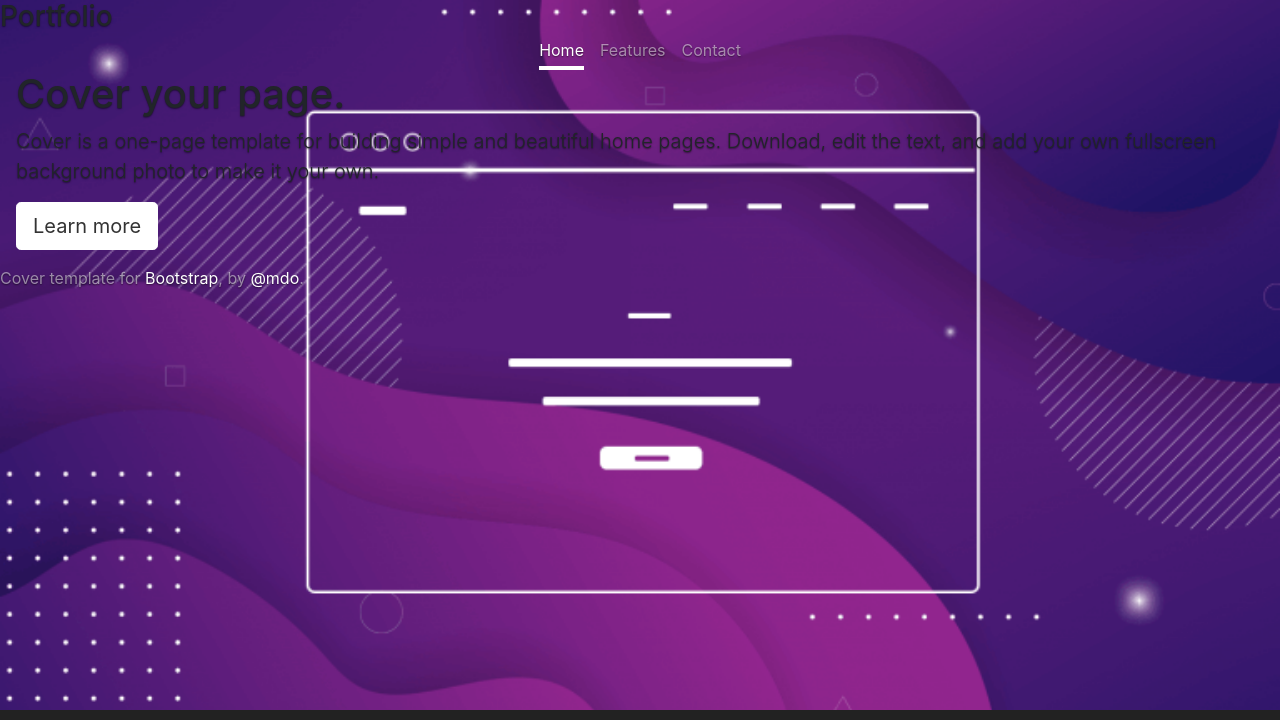
Repository: Shlahla48/zaio-bootstrap-portfolio
Page: index.html
These files come from the project's save history. The page is drawn as it stood at one moment and after the next save; the edit follows.
The browser window is 1280 px wide. The pictures show the whole page.

Above is the page before, as saved 2022-10-10 14:23:33.

### index.html
<!doctype html>
<html lang="en" class="h-100">
  <head>
    <meta charset="utf-8">
    <meta name="viewport" content="width=device-width, initial-scale=1">
    <meta name="description" content="">
    <meta name="author" content="Mark Otto, Jacob Thornton, and Bootstrap contributors">
    <meta name="generator" content="Hugo 0.104.2">
    <title>Portfolio | Kenalemang Solomon Hlahla</title>

    <link rel="canonical" href="https://getbootstrap.com/docs/5.2/examples/cover/">





    <link rel="stylesheet" href="https://cdn.jsdelivr.net/npm/bootstrap@4.6.2/dist/css/bootstrap.min.css" integrity="sha384-xOolHFLEh07PJGoPkLv1IbcEPTNtaed2xpHsD9ESMhqIYd0nLMwNLD69Npy4HI+N" crossorigin="anonymous">
    <style>
      .bd-placeholder-img {
        font-size: 1.125rem;
        text-anchor: middle;
        -webkit-user-select: none;
        -moz-user-select: none;
        user-select: none;
      }

      @media (min-width: 768px) {
        .bd-placeholder-img-lg {
          font-size: 3.5rem;
        }
      }

      .b-example-divider {
        height: 3rem;
        background-color: rgba(0, 0, 0, .1);
        border: solid rgba(0, 0, 0, .15);
        border-width: 1px 0;
        box-shadow: inset 0 .5em 1.5em rgba(0, 0, 0, .1), inset 0 .125em .5em rgba(0, 0, 0, .15);
      }

      .b-example-vr {
        flex-shrink: 0;
        width: 1.5rem;
        height: 100vh;
      }

      .bi {
        vertical-align: -.125em;
        fill: currentColor;
      }

      .nav-scroller {
        position: relative;
        z-index: 2;
        height: 2.75rem;
        overflow-y: hidden;
      }

      .nav-scroller .nav {
        display: flex;
        flex-wrap: nowrap;
        padding-bottom: 1rem;
        margin-top: -1px;
        overflow-x: auto;
        text-align: center;
        white-space: nowrap;
        -webkit-overflow-scrolling: touch;
      }
    </style>


    <!-- Custom styles for this template -->
    <link href="cover.css" rel="stylesheet">
  </head>
  <body class="">

<div class="banner-wrap vh-100">
  <header class="mb-auto">
    <div>
      <h3 class="float-md-start mb-0">Portfolio</h3>
      <nav class="nav nav-masthead justify-content-center float-md-end">
        <a class="nav-link fw-bold py-1 px-0 active" aria-current="page" href="#">Home</a>
        <a class="nav-link fw-bold py-1 px-0" href="#">Features</a>
        <a class="nav-link fw-bold py-1 px-0" href="#">Contact</a>
      </nav>
    </div>
  </header>

  <main class="px-3">
    <h1>Cover your page.</h1>
    <p class="lead">Cover is a one-page template for building simple and beautiful home pages. Download, edit the text, and add your own fullscreen background photo to make it your own.</p>
    <p class="lead">
      <a href="#" class="btn btn-lg btn-secondary fw-bold border-white bg-white">Learn more</a>
    </p>
  </main>

  <footer class="mt-auto text-white-50">
    <p>Cover template for <a href="https://getbootstrap.com/" class="text-white">Bootstrap</a>, by <a href="https://twitter.com/mdo" class="text-white">@mdo</a>.</p>
  </footer>
</div>



  </body>
</html>

### cover.css
/*
 * Globals
 */


/* Custom default button */
.btn-secondary,
.btn-secondary:hover,
.btn-secondary:focus {
  color: #333;
  text-shadow: none; /* Prevent inheritance from `body` */
}


/*
 * Base structure
 */

body {
  text-shadow: 0 .05rem .1rem rgba(0, 0, 0, .5);
  box-shadow: inset 0 0 5rem rgba(0, 0, 0, .5);
}



.cover-container {
  max-width: 42em;
}


/*
 * Header
 */

 .banner-wrap {
  background-image: url(./assets/BG-png.png);
  background-size: cover;
  background-repeat: no-repeat;
  background-position: center;

  border-bottom: 10px solid #222222;
  position: relative;
z-index: 1;
}
.overlay {
 z-index: -1;
  height: 100%;
  width: 100%;
  background: black;
  opacity: 60%;
  position: absolute;
  top: 0;
}

.nav-masthead .nav-link {
  color: rgba(255, 255, 255, .5);
  border-bottom: .25rem solid transparent;
}

.nav-masthead .nav-link:hover,
.nav-masthead .nav-link:focus {
  border-bottom-color: rgba(255, 255, 255, .25);
}

.nav-masthead .nav-link + .nav-link {
  margin-left: 1rem;
}

.nav-masthead .active {
  color: #fff;
  border-bottom-color: #fff;
}

After the next save:
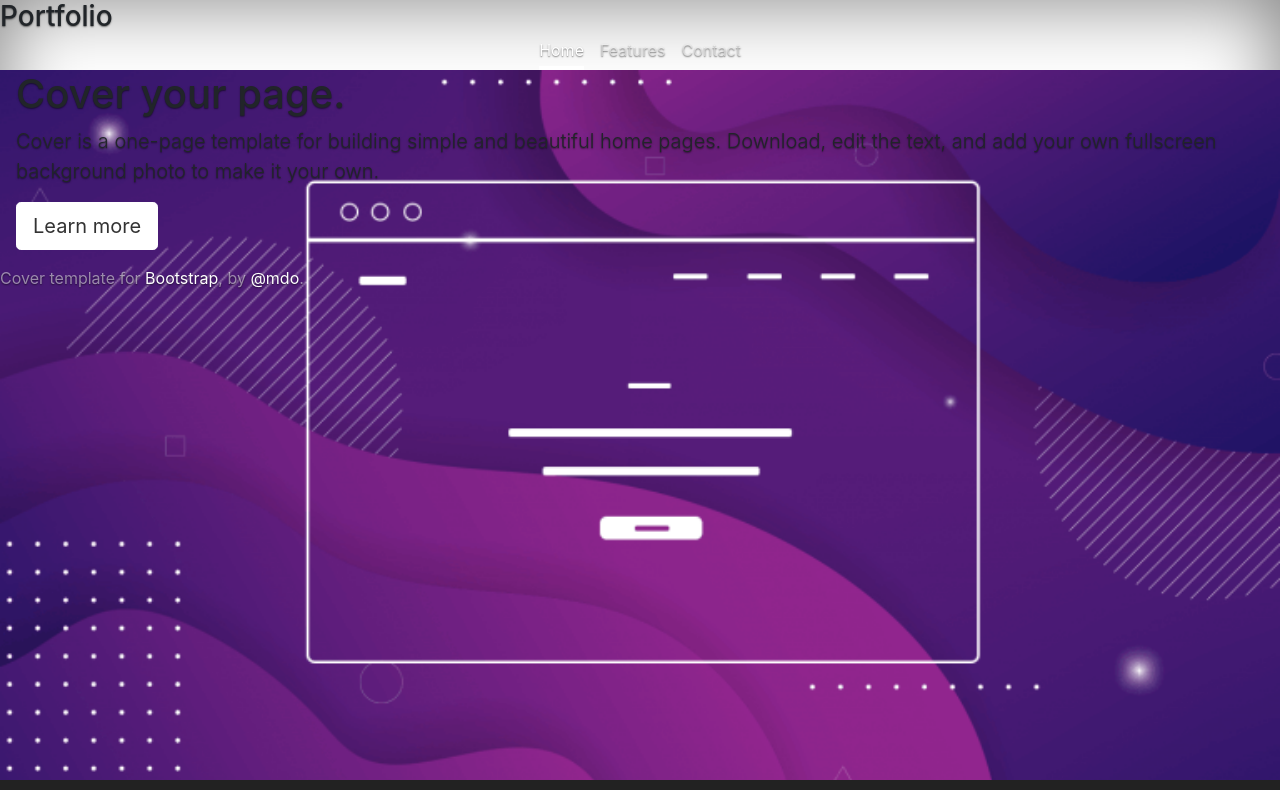
Saved 66 s later.
--- a/index.html
+++ b/index.html
@@ -74,7 +74,7 @@
   </head>
   <body class="">
 
-<div class="banner-wrap vh-100">
+
   <header class="mb-auto">
     <div>
       <h3 class="float-md-start mb-0">Portfolio</h3>
@@ -85,7 +85,7 @@
       </nav>
     </div>
   </header>
-
+  <div class="banner-wrap vh-100">
   <main class="px-3">
     <h1>Cover your page.</h1>
     <p class="lead">Cover is a one-page template for building simple and beautiful home pages. Download, edit the text, and add your own fullscreen background photo to make it your own.</p>
